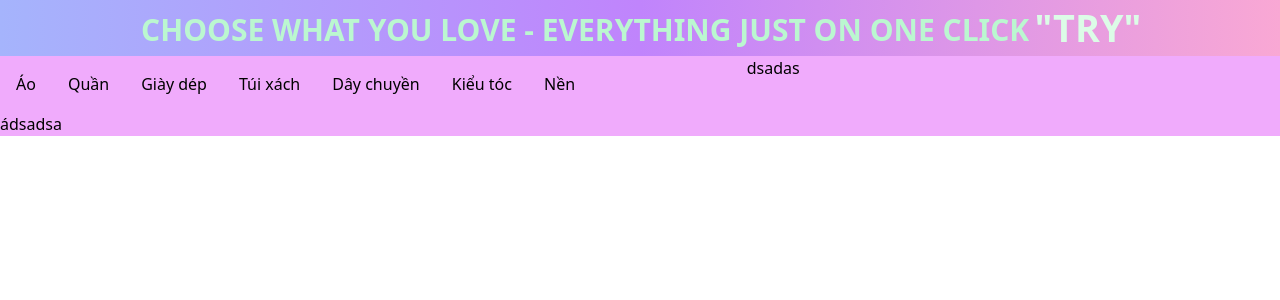
Repository: NguyenVietPhuQuy/ReactJs-TailWind-Redux-FunctionHook-ModelDesign
Page: / (app in modeldesign/)
These files come from the project's save history. The page is drawn as it stood at one moment and after the next save; the edit follows.
The browser window is 1280 px wide. The pictures show the whole page.
The project was rebuilt for these pictures with package versions that can differ from the ones it lists, and the page was loaded fresh each time. Also part of the build but not shown: modeldesign/src/App.css.

Above is the page before, as saved 2022-11-17 13:21:59.

### modeldesign/src/index.js
import React from 'react';
import ReactDOM from 'react-dom/client';
import './index.css';
import App from './App';
import reportWebVitals from './reportWebVitals';
import {Provider} from 'react-redux'
import store from './Components/Reducer/Store';
const root = ReactDOM.createRoot(document.getElementById('root'));
root.render(
  <React.StrictMode>
    <Provider store ={store}>
    <App/>
    </Provider>
  </React.StrictMode>
);

// If you want to start measuring performance in your app, pass a function
// to log results (for example: reportWebVitals(console.log))
// or send to an analytics endpoint. Learn more: https://bit.ly/CRA-vitals
reportWebVitals();

### modeldesign/src/App.js
import React from 'react';
import './App.css';
import Home from './Components/Home.js'
function App() {
  return (
    <div>
      <Home/>
    </div>
  );
}

export default App;

### modeldesign/src/Components/Reducer/Store.js
import {createStore} from "redux"
import rootReducer from "./RootReducer"

const store = createStore(rootReducer,window.__REDUX_DEVTOOLS_EXTENSION__ && window.__REDUX_DEVTOOLS_EXTENSION__())
export default store

### modeldesign/src/Components/Home.js
import React from "react";
import Header from './Header.js'
import Category from "./Category.js";
import ProductList from "./ProductList.js";
import Model from "./Model.js";
function Home() {
    return (
        <div className="container mx-auto relative bg-fuchsia-300">
            <section className=
            " bg-gradient-to-r from-indigo-300 via-purple-400 to-pink-300 w-full ring-2 ring-transparent">
                    <Header/>
            </section>
            <section className="main flex flex-row">
                <div className="basis-7/12">
                    <Category/>
                    <ProductList/>
                </div>
                <div className="basis-5/12">
                    <Model />
                </div>
            </section>
        </div>
    )
}
export default Home

### modeldesign/src/Components/Reducer/RootReducer.js
import { combineReducers } from "redux";
import ProductReducer from './ProductReducer'
import CategoryReducer from './CategoryReducer'

const RootReducer = combineReducers({
    products: ProductReducer,
    categories: CategoryReducer,

})

export default RootReducer

### modeldesign/src/Components/Header.js
import React from "react";
import 'animate.css'
function Header(){
    return (
        <div className="text-center text-3xl p-2 font-semibold text-green-200 ">
            CHOOSE WHAT YOU LOVE - EVERYTHING JUST ON ONE CLICK <span className="text-green-100 font-bold text-4xl animate__animated animate__pulse animate__infinite inline-block">"TRY" </span>
        </div>
    )
}
export default Header

### modeldesign/src/Components/Category.js
import React from "react";
import {useSelector} from 'react-redux'


function Category(props){
    const returnValue = useSelector(state=>state.categories.category)
return(
    <div className="flex flex-row w-full">
        {returnValue.map((item)=>{
            return(
               <button className="p-4 w-auto ">{item.showName}</button>
            )
        })}
    </div>
)
}

export default Category

### modeldesign/src/Components/ProductList.js
import React from "react";
function ProductList(){
    return(<div>
ádsadsa
    </div>)
}
export default ProductList

### modeldesign/src/Components/Model.js
import React from "react";
function Model(){
    return(<div>
        dsadas
    </div>)
}
export default Model

### modeldesign/src/Components/Reducer/ProductReducer.js

const initialState = {
    product: [{
        id: 'topcloth_1',
        type: "topclothes",
        name: "Top Cloth 1",
        desc: "Lorem ipsum dolor, sit amet consectetur adipisicing elit. Aliquid, nulla.",
        imgSrc_jpg: 'images/clothes/topcloth1_show.jpg',
        imgSrc_png: 'images/clothes/topcloth1.png',
    },
    {
        id: 'topcloth_2',
        type: "topclothes",
        name: "Top Cloth 2",
        desc: "Lorem ipsum dolor, sit amet consectetur adipisicing elit. Aliquid, nulla.",
        imgSrc_jpg: 'images/clothes/topcloth2_show.jpg',
        imgSrc_png: 'images/clothes/topcloth2.png',
    },
    {
        id: 'topcloth_3',
        type: "topclothes",
        name: "Top Cloth 3",
        desc: "Lorem ipsum dolor, sit amet consectetur adipisicing elit. Aliquid, nulla.",
        imgSrc_jpg: 'images/clothes/topcloth3_show.jpg',
        imgSrc_png: 'images/clothes/topcloth3.png',
    },
    {
        id: 'topcloth_4',
        type: "topclothes",
        name: "Top Cloth 4",
        desc: "Lorem ipsum dolor, sit amet consectetur adipisicing elit. Aliquid, nulla.",
        imgSrc_jpg: 'images/clothes/topcloth4_show.jpg',
        imgSrc_png: 'images/clothes/topcloth4.png',
    },
    {
        id: 'topcloth_5',
        type: "topclothes",
        name: "Top Cloth 5",
        desc: "Lorem ipsum dolor, sit amet consectetur adipisicing elit. Aliquid, nulla.",
        imgSrc_jpg: 'images/clothes/topcloth5_show.jpg',
        imgSrc_png: 'images/clothes/topcloth5.png',
    },
    {
        id: 'topcloth_6',
        type: "topclothes",
        name: "Top Cloth ",
        desc: "Lorem ipsum dolor, sit amet consectetur adipisicing elit. Aliquid, nulla.",
        imgSrc_jpg: 'images/clothes/topcloth6_show.jpg',
        imgSrc_png: 'images/clothes/topcloth6.png',
    },

    // Both clothes
    {
        id: 'botcloth_1',
        type: "botclothes",
        name: "Bot Cloth 1",
        desc: "Lorem ipsum dolor, sit amet consectetur adipisicing elit. Aliquid, nulla.",
        imgSrc_jpg: 'images/clothes/botcloth1_show.jpg',
        imgSrc_png: 'images/clothes/botcloth1.png',
    },
    {
        id: 'botcloth_2',
        type: "botclothes",
        name: "Bot Cloth 2",
        desc: "Lorem ipsum dolor, sit amet consectetur adipisicing elit. Aliquid, nulla.",
        imgSrc_jpg: 'images/clothes/botcloth2_show.jpg',
        imgSrc_png: 'images/clothes/botcloth2.png',
    },
    {
        id: 'botcloth_3',
        type: "botclothes",
        name: "Bot Cloth 3",
        desc: "Lorem ipsum dolor, sit amet consectetur adipisicing elit. Aliquid, nulla.",
        imgSrc_jpg: 'images/clothes/botcloth3_show.jpg',
        imgSrc_png: 'images/clothes/botcloth3.png',
    },
    {
        id: 'botcloth_4',
        type: "botclothes",
        name: "Bot Cloth 4",
        desc: "Lorem ipsum dolor, sit amet consectetur adipisicing elit. Aliquid, nulla.",
        imgSrc_jpg: 'images/clothes/botcloth4_show.jpg',
        imgSrc_png: 'images/clothes/botcloth4.png',
    },
    {
        id: 'botcloth_5',
        type: "botclothes",
        name: "Bot Cloth 5",
        desc: "Lorem ipsum dolor, sit amet consectetur adipisicing elit. Aliquid, nulla.",
        imgSrc_jpg: 'images/clothes/botcloth5_show.jpg',
        imgSrc_png: 'images/clothes/botcloth5.png',
    },

    // Shoes
    {
        id: 'shoes_1',
        type: "shoes",
        name: "Shoes 1",
        desc: "Lorem ipsum dolor, sit amet consectetur adipisicing elit. Aliquid, nulla.",
        imgSrc_jpg: 'images/shoes/shoes1_show.jpg',
        imgSrc_png: 'images/shoes/shoes1.png',
    },
    {
        id: 'shoes_2',
        type: "shoes",
        name: "Shoes 2",
        desc: "Lorem ipsum dolor, sit amet consectetur adipisicing elit. Aliquid, nulla.",
        imgSrc_jpg: 'images/shoes/shoes2_show.jpg',
        imgSrc_png: 'images/shoes/shoes2.png',
    },
    {
        id: 'shoes_3',
        type: "shoes",
        name: "Shoes 3",
        desc: "Lorem ipsum dolor, sit amet consectetur adipisicing elit. Aliquid, nulla.",
        imgSrc_jpg: 'images/shoes/shoes3_show.jpg',
        imgSrc_png: 'images/shoes/shoes3.png',
    },
    {
        id: 'shoes_4',
        type: "shoes",
        name: "Shoes 4",
        desc: "Lorem ipsum dolor, sit amet consectetur adipisicing elit. Aliquid, nulla.",
        imgSrc_jpg: 'images/shoes/shoes4_show.jpg',
        imgSrc_png: 'images/shoes/shoes4.png',
    },
    {
        id: 'shoes_5',
        type: "shoes",
        name: "Shoes 5",
        desc: "Lorem ipsum dolor, sit amet consectetur adipisicing elit. Aliquid, nulla.",
        imgSrc_jpg: 'images/shoes/shoes5_show.jpg',
        imgSrc_png: 'images/shoes/shoes5.png',
    },

    // Handbags
    {
        id: 'handbag_1',
        type: "handbags",
        name: "Handbag 1",
        desc: "Lorem ipsum dolor, sit amet consectetur adipisicing elit. Aliquid, nulla.",
        imgSrc_jpg: 'images/handbags/handbag1_show.jpg',
        imgSrc_png: 'images/handbags/handbag1.png',
    },
    {
        id: 'handbag_2',
        type: "handbags",
        name: "Handbag 2",
        desc: "Lorem ipsum dolor, sit amet consectetur adipisicing elit. Aliquid, nulla.",
        imgSrc_jpg: 'images/handbags/handbag2_show.jpg',
        imgSrc_png: 'images/handbags/handbag2.png',
    },
    {
        id: 'handbag_3',
        type: "handbags",
        name: "Handbag 3",
        desc: "Lorem ipsum dolor, sit amet consectetur adipisicing elit. Aliquid, nulla.",
        imgSrc_jpg: 'images/handbags/handbag3_show.jpg',
        imgSrc_png: 'images/handbags/handbag3.png',
    },

    // Necklaces
    {
        id: 'necklace_1',
        type: "necklaces",
        name: "Necklace 1",
        desc: "Lorem ipsum dolor, sit amet consectetur adipisicing elit. Aliquid, nulla.",
        imgSrc_jpg: 'images/necklaces/necklace1_show.jpg',
        imgSrc_png: 'images/necklaces/necklace1.png',
    },
    {
        id: 'necklace_2',
        type: "necklaces",
        name: "Necklace 2",
        desc: "Lorem ipsum dolor, sit amet consectetur adipisicing elit. Aliquid, nulla.",
        imgSrc_jpg: 'images/necklaces/necklace2_show.jpg',
        imgSrc_png: 'images/necklaces/necklace2.png',
    },
    {
        id: 'necklace_3',
        type: "necklaces",
        name: "Necklace 3",
        desc: "Lorem ipsum dolor, sit amet consectetur adipisicing elit. Aliquid, nulla.",
        imgSrc_jpg: 'images/necklaces/necklace3_show.jpg',
        imgSrc_png: 'images/necklaces/necklace3.png',
    },

    // Hairstyle
    {
        id: 'hairstyle_1',
        type: "hairstyle",
        name: "Hairstyle 1",
        desc: "Lorem ipsum dolor, sit amet consectetur adipisicing elit. Aliquid, nulla.",
        imgSrc_jpg: 'images/hairstyle/hairstyle1_show.jpg',
        imgSrc_png: 'images/hairstyle/hairstyle1.png',
    },
    {
        id: 'hairstyle_2',
        type: "hairstyle",
        name: "Hairstyle 2",
        desc: "Lorem ipsum dolor, sit amet consectetur adipisicing elit. Aliquid, nulla.",
        imgSrc_jpg: 'images/hairstyle/hairstyle2_show.jpg',
        imgSrc_png: 'images/hairstyle/hairstyle2.png',
    },
    {
        id: 'hairstyle_3',
        type: "hairstyle",
        name: "Hairstyle 3",
        desc: "Lorem ipsum dolor, sit amet consectetur adipisicing elit. Aliquid, nulla.",
        imgSrc_jpg: 'images/hairstyle/hairstyle3_show.jpg',
        imgSrc_png: 'images/hairstyle/hairstyle3.png',
    },

    // Background
    {
        id: 'background_1',
        type: "background",
        name: "Background 1",
        desc: "Lorem ipsum dolor, sit amet consectetur adipisicing elit. Aliquid, nulla.",
        imgSrc_jpg: 'images/background/background1_show.jpg',
        imgSrc_png: 'images/background/background1.jpg',
    },
    {
        id: 'background_2',
        type: "background",
        name: "Background 2",
        desc: "Lorem ipsum dolor, sit amet consectetur adipisicing elit. Aliquid, nulla.",
        imgSrc_jpg: 'images/background/background2_show.jpg',
        imgSrc_png: 'images/background/background2.jpg',
    },
    {
        id: 'background_3',
        type: "background",
        name: "Background 3",
        desc: "Lorem ipsum dolor, sit amet consectetur adipisicing elit. Aliquid, nulla.",
        imgSrc_jpg: 'images/background/background3_show.jpg',
        imgSrc_png: 'images/background/background3.jpg',
    },
    {
        id: 'background_4',
        type: "background",
        name: "Background 4",
        desc: "Lorem ipsum dolor, sit amet consectetur adipisicing elit. Aliquid, nulla.",
        imgSrc_jpg: 'images/background/background4_show.jpg',
        imgSrc_png: 'images/background/background4.jpg',
    },
    {
        id: 'background_5',
        type: "background",
        name: "Background 5",
        desc: "Lorem ipsum dolor, sit amet consectetur adipisicing elit. Aliquid, nulla.",
        imgSrc_jpg: 'images/background/background5_show.jpg',
        imgSrc_png: 'images/background/background5.jpg',
    },
    {
        id: 'background_6',
        type: "background",
        name: "Background 6",
        desc: "Lorem ipsum dolor, sit amet consectetur adipisicing elit. Aliquid, nulla.",
        imgSrc_jpg: 'images/background/background6_show.jpg',
        imgSrc_png: 'images/background/background6.jpg',
    },
    {
        id: 'background_7',
        type: "background",
        name: "Background 7",
        desc: "Lorem ipsum dolor, sit amet consectetur adipisicing elit. Aliquid, nulla.",
        imgSrc_jpg: 'images/background/background7_show.jpg',
        imgSrc_png: 'images/background/background7.jpg',
    },
    ],
}
const ProductReducer = (state = initialState) => {
    return state
}

export default ProductReducer

### modeldesign/src/Components/Reducer/CategoryReducer.js
const initialState ={
    category: [
        { tabName: 'tabTopClothes', showName: 'Áo', type: 'topclothes' },
        { tabName: 'tabBotClothes', showName: 'Quần', type: 'botclothes' },
        { tabName: 'tabShoes', showName: 'Giày dép', type: 'shoes' },
        { tabName: 'tabHandBags', showName: 'Túi xách', type: 'handbags' },
        { tabName: 'tabNecklaces', showName: 'Dây chuyền', type: 'necklaces' },
        { tabName: 'tabHairStyle', showName: 'Kiểu tóc', type: 'hairstyle' },
        { tabName: 'tabBackground', showName: 'Nền', type: 'background' }
    ]
}
const CategoryReducer = (state=initialState) =>{
    return state
}
export default CategoryReducer

Loaded but not shown: modeldesign/public/index.html (common file); modeldesign/src/index.css (common file); modeldesign/src/reportWebVitals.js (common file); modeldesign/tailwind.config.js (common file)

After the next save:
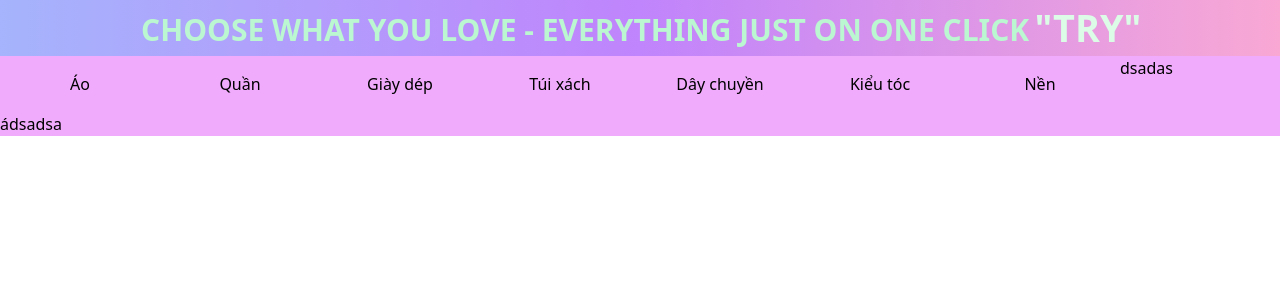
Saved 9 s later.
--- a/modeldesign/src/Components/Category.js
+++ b/modeldesign/src/Components/Category.js
@@ -8,7 +8,7 @@
     <div className="flex flex-row w-full">
         {returnValue.map((item)=>{
             return(
-               <button className="p-4 w-auto ">{item.showName}</button>
+               <button className="p-4 w-40 ">{item.showName}</button>
             )
         })}
     </div>

After the save that followed:
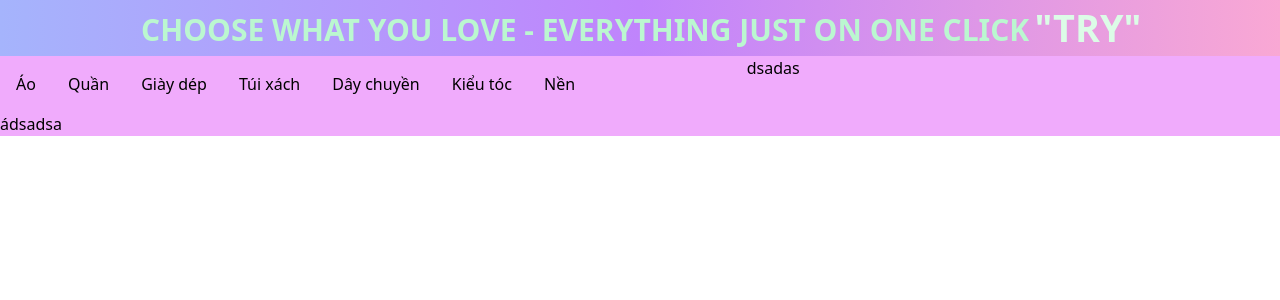
Saved 9 s later.
--- a/modeldesign/src/Components/Category.js
+++ b/modeldesign/src/Components/Category.js
@@ -8,7 +8,7 @@
     <div className="flex flex-row w-full">
         {returnValue.map((item)=>{
             return(
-               <button className="p-4 w-40 ">{item.showName}</button>
+               <button className="p-4 w-30 ">{item.showName}</button>
             )
         })}
     </div>
